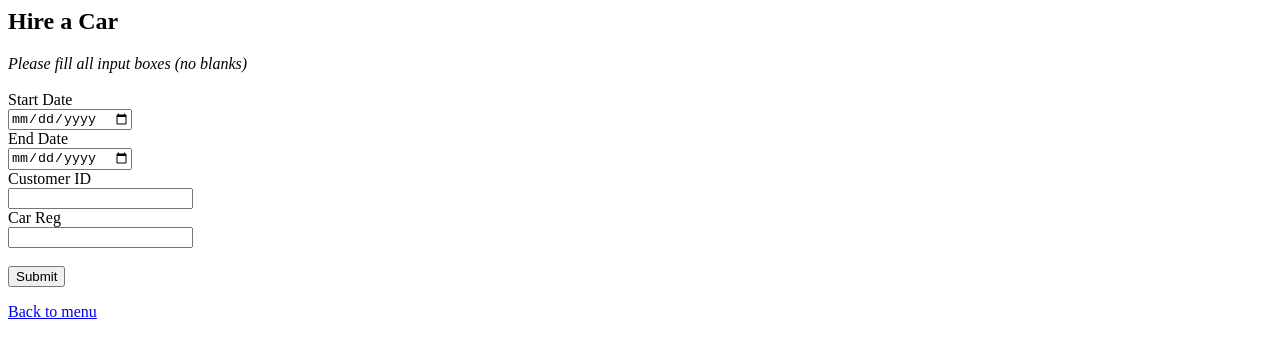
Repository: BrianD147/4th-Year-Project-Distributed-Systems
Page: http://localhost/REST/newOrder.jsp
These files come from the project's save history. The page is drawn as it stood at one moment and after the next save; the edit follows.
The browser window is 1280 px wide. The pictures show the whole page.
The page is served by Tomcat 9.

Above is the page before, as saved 2018-12-10 18:05:02.

After the next save:
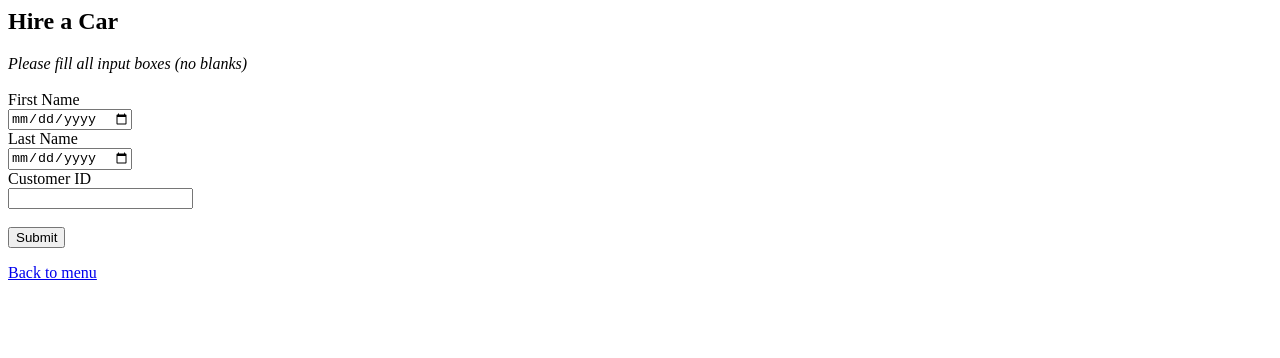
Saved 34 s later.
--- a/REST/src/main/webapp/newOrder.jsp
+++ b/REST/src/main/webapp/newOrder.jsp
@@ -3,14 +3,12 @@
     <h2>Hire a Car</h2>
     <i>Please fill all input boxes (no blanks)</i>
     <form action="webapi/myresource/write" method="post">
-    	<br/> Start Date <br/>
-    	<input type="date" name="startDate">
-    	<br/> End Date <br/>
-	    <input type="date" name="endDate">
+    	<br/> First Name <br/>
+    	<input type="date" name="StartDate">
+    	<br/> Last Name <br/>
+	    <input type="date" name="EndDate">
 	    <br/> Customer ID <br/>
 	    <input type="number" name="custID">
-	    <br/> Car Reg <br/>
-	    <input type="text" name="carReg">
 	    <br/><br/>
 	    <input type="submit" value="Submit">
     </form>
